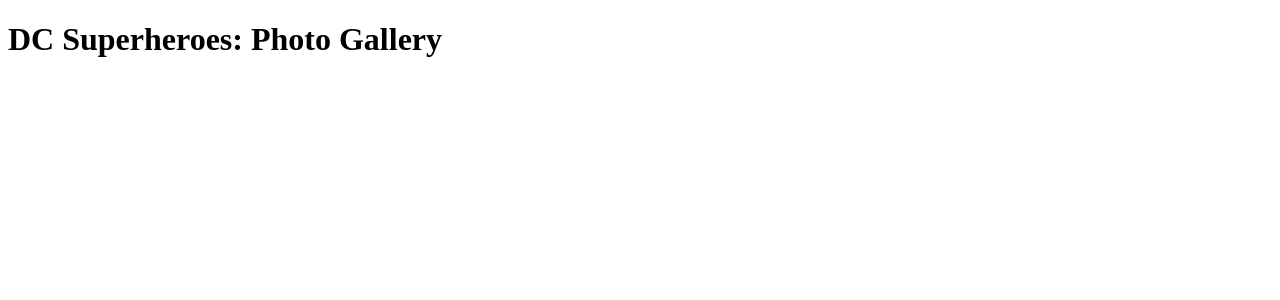
Repository: mojabi-ghost/MAE-hackathon-project
Page: index.html
The author's editor kept a copy of each file at every save. The page is drawn from the files as they stood at one save, then again after the next save.
The browser window is 1280 px wide. The pictures show the whole page.

Above is the page before, as saved 2022-04-29 13:14:24.

### index.html
<!DOCTYPE html>
<html lang="en">
<head>
    <meta charset="UTF-8">
    <meta http-equiv="X-UA-Compatible" content="IE=edge">
    <meta name="viewport" content="width=device-width, initial-scale=1.0">
    <script src="/main.js" defer></script>
    <link rel="stylesheet" href="/style.css" type="text/css">
    <title>DC Superheroes</title>
</head>
<body>
    <h1>DC Superheroes: Photo Gallery</h1>
</body>
</html>

### main.js
//Javascript

### style.css
/* Stylesheet for index.html */

After the next save:
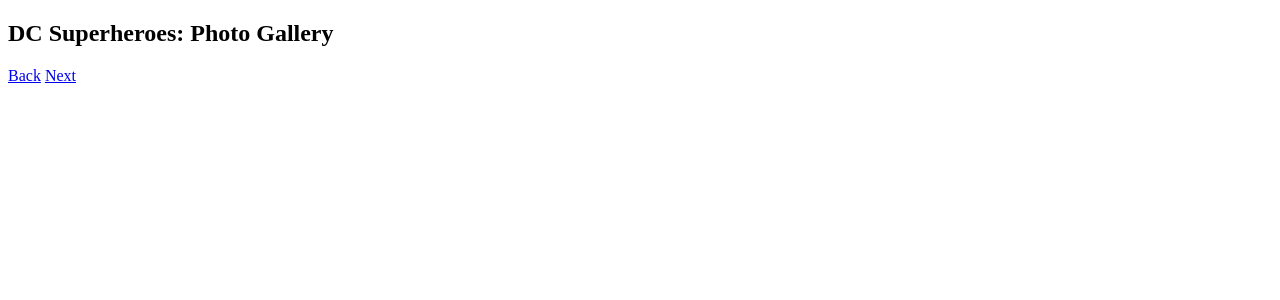
Saved 39 s later.
--- a/index.html
+++ b/index.html
@@ -9,6 +9,13 @@
     <title>DC Superheroes</title>
 </head>
 <body>
+    <section>
     <h1>DC Superheroes: Photo Gallery</h1>
+
+    <div class="controls">
+        <a href="#" class="back-btn">Back</a>
+        <a href="#" class="next-btn">Next</a>
+      </div>
+    </section>
 </body>
 </html>
